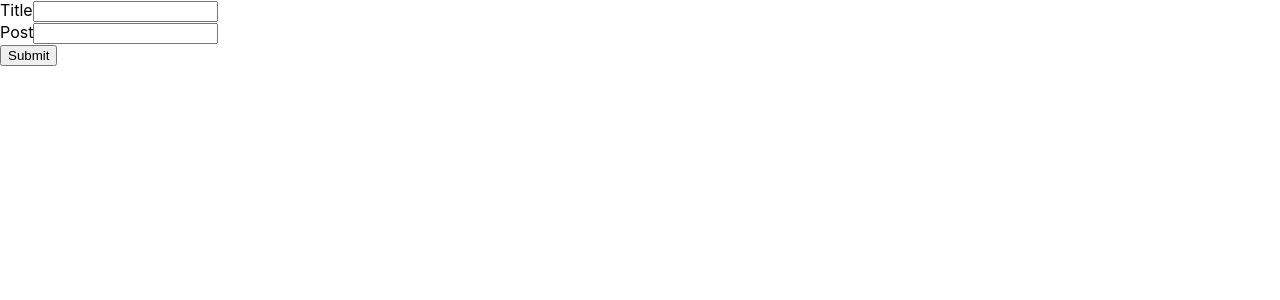
Repository: User826/Recipe
Page: /users (app in recipe_project/)
The author's editor kept a copy of each file at every save. The page is drawn from the files as they stood at one save, then again after the next save.
The browser window is 1280 px wide. The pictures show the whole page.
The project was rebuilt for these pictures with package versions that can differ from the ones it lists, and the page was loaded fresh each time. The framework's server and built-in components were replaced by stand-ins that run in the browser. Also part of the build but not shown: recipe_project/next.config.js.

Above is the page before, as saved 2022-11-28 10:22:16.

### recipe_project/pages/users.js
import { useState } from "react";
import styles from './users.module.css'

const Post = () => {
  const [title, setTitle] = useState("");
  const [post, setPost] = useState("");

  function handleSubmit(e) {
    e.preventDefault();
    const postData = async () => {
      const data = {
        title: title,
        post: post,
      };

      const response = await fetch("/api/post", {
        method: "POST",
        body: JSON.stringify(data),
      });
      return response.json();
    };
    postData().then((data) => {
      alert(data.message);
    });
  }

  return (
    <form onSubmit={handleSubmit} className = {styles.form}>
      <div>
        <label htmlFor="Title">Title</label>
        <input
          id="title"
          type="text"
          value={title}
          onChange={(e) => setTitle(e.target.value)}
        />
      </div>
      <div>
        <label htmlFor="post">Post</label>
        <input
          id="post"
          type="text"
          value={post}
          onChange={(e) => setPost(e.target.value)}
        />
      </div>
      <button type="submit">Submit</button>
    </form>
  );
};

export default Post;

### recipe_project/pages/users.module.css
.form {
  font-family: -apple-system, BlinkMacSystemFont, Segoe UI, Roboto, Oxygen,
    Ubuntu, Cantarell, Fira Sans, Droid Sans, Helvetica Neue, sans-serif;
}

Loaded but not shown: recipe_project/pages/_app.js (common file); recipe_project/styles/globals.css (common file)

After the next save:
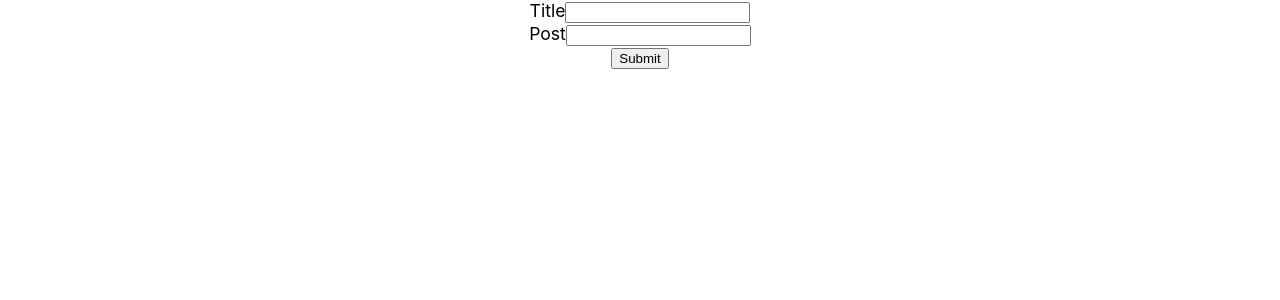
Saved 4 min 45 s later.
--- a/recipe_project/pages/users.module.css
+++ b/recipe_project/pages/users.module.css
@@ -1,4 +1,6 @@
 .form {
   font-family: -apple-system, BlinkMacSystemFont, Segoe UI, Roboto, Oxygen,
     Ubuntu, Cantarell, Fira Sans, Droid Sans, Helvetica Neue, sans-serif;
+  font-size: 1.1rem;
+  text-align: center;
 }
